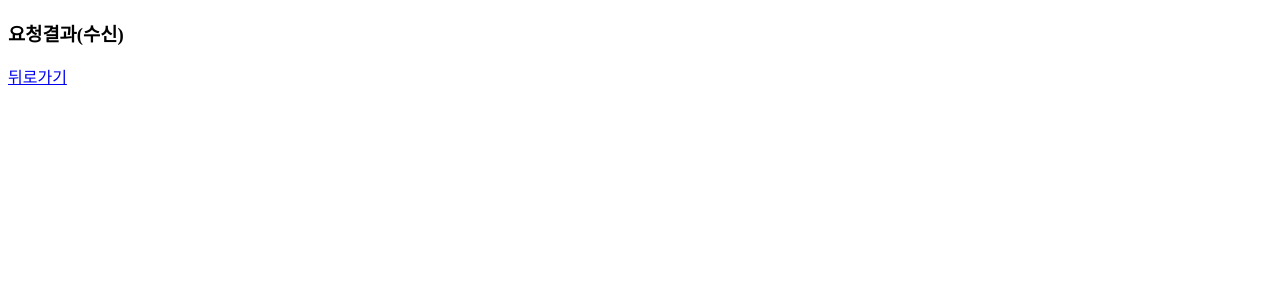
Repository: SangKyuuu/Jsp
Page: http://localhost/ch03/proc/result1.jsp?uid=a101
These files come from the project's save history. The page is drawn as it stood at one moment and after the next save; the edit follows.
The browser window is 1280 px wide. The pictures show the whole page.
The page is served by Tomcat 9.

Above is the page before, as saved 2025-07-28 03:14:26.

### ch03/src/main/webapp/proc/result1.jsp
<%@ page contentType="text/html; charset=UTF-8" pageEncoding="UTF-8"%>
<%
	//데이터 수신

	String queryString = request.getQueryString();
	String uid  = request.getParameter("uid");
	String name = request.getParameter("name");
	String age  = request.getParameter("age");
%>
<!DOCTYPE html>
<html>
	<head>
		<meta charset="UTF-8">
		<title>결과 페이지1</title>
	</head>
	<body>
		<h3>요청결과(수신)</h3>

		<p></p>

		<a href="../1_request.jsp">뒤로가기</a>
	</body>
</html>

After the next save:
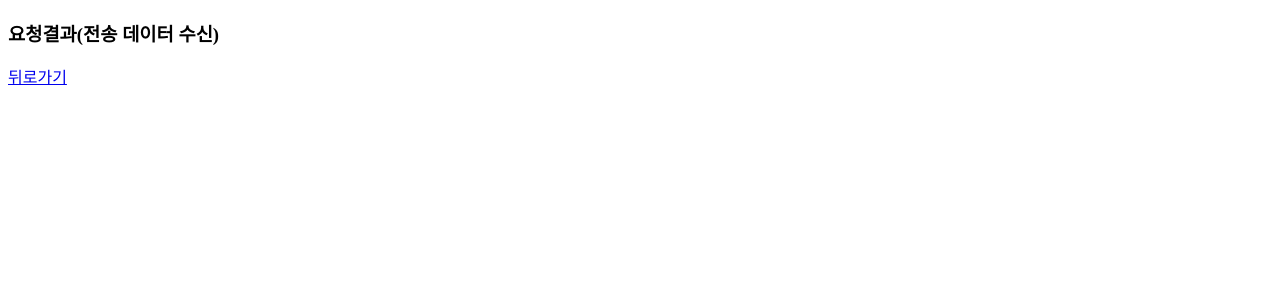
Saved 6 s later.
--- a/ch03/src/main/webapp/proc/result1.jsp
+++ b/ch03/src/main/webapp/proc/result1.jsp
@@ -14,7 +14,7 @@
 		<title>결과 페이지1</title>
 	</head>
 	<body>
-		<h3>요청결과(수신)</h3>
+		<h3>요청결과(전송 데이터 수신)</h3>
 
 		<p></p>
 
